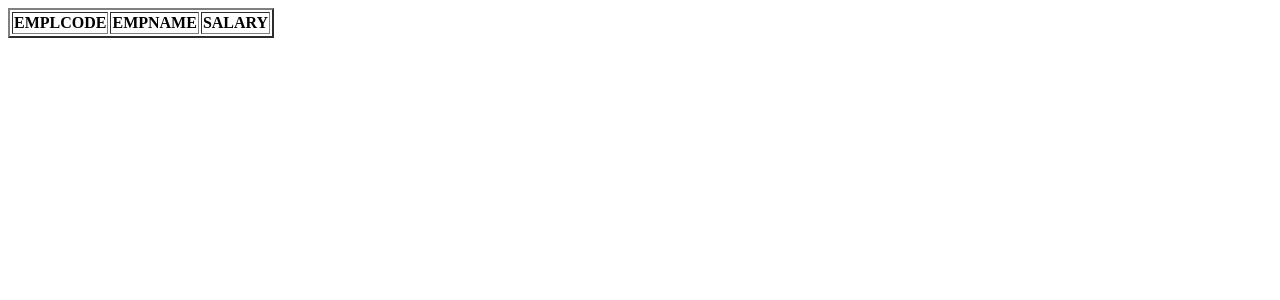
Repository: SravyaChunduri/workspace
Page: http://localhost/DAY15_DAO_/ViewEmployees
These files come from the project's save history. The page is drawn as it stood at one moment and after the next save; the edit follows.
The browser window is 1280 px wide. The pictures show the whole page.
The page is served by Tomcat 9. Other server files are loaded and not shown. Queries for data that is not in the repository find no rows.

Above is the page before, as saved 2015-08-11 07:26:11.

### DAY15(DAO)/WebContent/ViewEmployees.jsp
<%@ page language="java" contentType="text/html; charset=ISO-8859-1"
    pageEncoding="ISO-8859-1"%>
<%@taglib uri="http://java.sun.com/jsp/jstl/core" prefix="c" %>
<!DOCTYPE html PUBLIC "-//W3C//DTD HTML 4.01 Transitional//EN" "http://www.w3.org/TR/html4/loose.dtd">
<html>
<head>
<meta http-equiv="Content-Type" content="text/html; charset=ISO-8859-1">
<title>Insert title here</title>
</head>
<body>
<table border="2">
<tr>
	<th>EMPLCODE<th>EMPNAME<th>SALARY
</tr>
<c:forEach var="e" items="${empls}">
<tr>
<td><c:out value="${e.empCode }"></c:out></td>
<td><c:out value="${e.empName }"></c:out></td>
<td><c:out value="${e.salary }"></c:out></td>
</tr>
</c:forEach>
</table>
</body>
</html>

### DAY15(DAO)/src/day15/ViewEmployees.java
package day15;

import java.io.IOException;
import java.util.List;

import javax.servlet.RequestDispatcher;
import javax.servlet.ServletException;
import javax.servlet.annotation.WebServlet;
import javax.servlet.http.HttpServlet;
import javax.servlet.http.HttpServletRequest;
import javax.servlet.http.HttpServletResponse;

/**
 * Servlet implementation class ViewEmployees
 */
@WebServlet("/ViewEmployees")
public class ViewEmployees extends HttpServlet {
	private static final long serialVersionUID = 1L;

    /**
     * @see HttpServlet#HttpServlet()
     */
    public ViewEmployees() {
        super();
        // TODO Auto-generated constructor stub
    }

	/**
	 * @see HttpServlet#doGet(HttpServletRequest request, HttpServletResponse response)
	 */
	protected void doGet(HttpServletRequest request, HttpServletResponse response) throws ServletException, IOException {
		EmployeeDAO dao=new EmployeeDAOImpl();
		List<Employee> employees=dao.getEmployees();
		request.setAttribute("empls",employees);
		RequestDispatcher rd=request.getRequestDispatcher("ViewEmployees.jsp");
		rd.forward(request,response);





	}


}

### DAY15(DAO)/src/day15/EmployeeDAOImpl.java
package day15;

import java.sql.Connection;
import java.sql.DriverManager;
import java.sql.PreparedStatement;
import java.sql.ResultSet;
import java.sql.SQLException;
import java.util.ArrayList;
import java.util.List;

public class EmployeeDAOImpl implements EmployeeDAO{

	private Connection conn;
	private PreparedStatement pst;
	private ResultSet rs;

	public void getDBConnection()
	{
		try {
			Class.forName("oracle.jdbc.driver.OracleDriver");
		}
		catch (ClassNotFoundException e) {
			// TODO Auto-generated catch block
			e.printStackTrace();
		}
		try {
			conn=DriverManager.getConnection("jdbc:oracle:thin:@localhost:1521:orcl","scott","TIGER");
		} catch (SQLException e) {
			// TODO Auto-generated catch block
			e.printStackTrace();
		}

	}
	public void closeDBConnection()
	{
		try
		{
			conn.close();
		}
		catch(SQLException e)
		{
			e.printStackTrace();
		}
	}
	public void addEmployee(Employee employee)
	{
		getDBConnection();
		String query="insert into employee values(?,?,?)";
		try
		{
			pst=conn.prepareStatement(query);
			pst.setInt(1,employee.getEmpCode());
			pst.setString(2,employee.getEmpName());
			pst.setDouble(3, employee.getSalary());
			pst.executeUpdate();
		}
		catch(SQLException e)
		{
			e.printStackTrace();
		}
		finally{
			closeDBConnection();
		}
	}

	public List<Employee> getEmployees()
	{
		getDBConnection();
		Employee emp;
		List<Employee> empls=new ArrayList<Employee>();
		try
		{
			pst=conn.prepareStatement("Select * from employee");
			rs=pst.executeQuery();
			while(rs.next())
			{
				emp=new Employee();
				emp.setEmpCode(rs.getInt("empcode"));
				emp.setEmpName(rs.getString("enpname"));
				emp.setSalary(rs.getInt("salary"));
				empls.add(emp);

			}
		}
		catch(SQLException e)
		{
			e.printStackTrace();
		}
		finally
		{
			closeDBConnection();
		}


		return empls;
	}


}

After the next save:
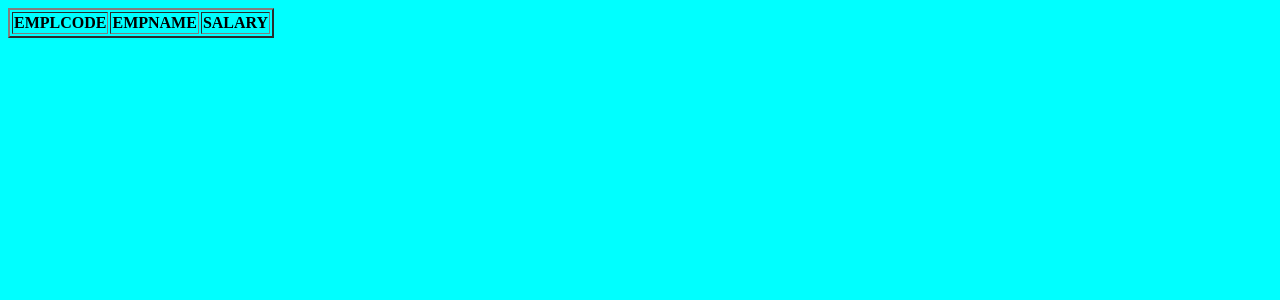
Saved 2 min 10 s later.
--- a/DAY15(DAO)/WebContent/ViewEmployees.jsp
+++ b/DAY15(DAO)/WebContent/ViewEmployees.jsp
@@ -7,7 +7,7 @@
 <meta http-equiv="Content-Type" content="text/html; charset=ISO-8859-1">
 <title>Insert title here</title>
 </head>
-<body>
+<body bgcolor="cyan">
 <table border="2">
 <tr>
 	<th>EMPLCODE<th>EMPNAME<th>SALARY
